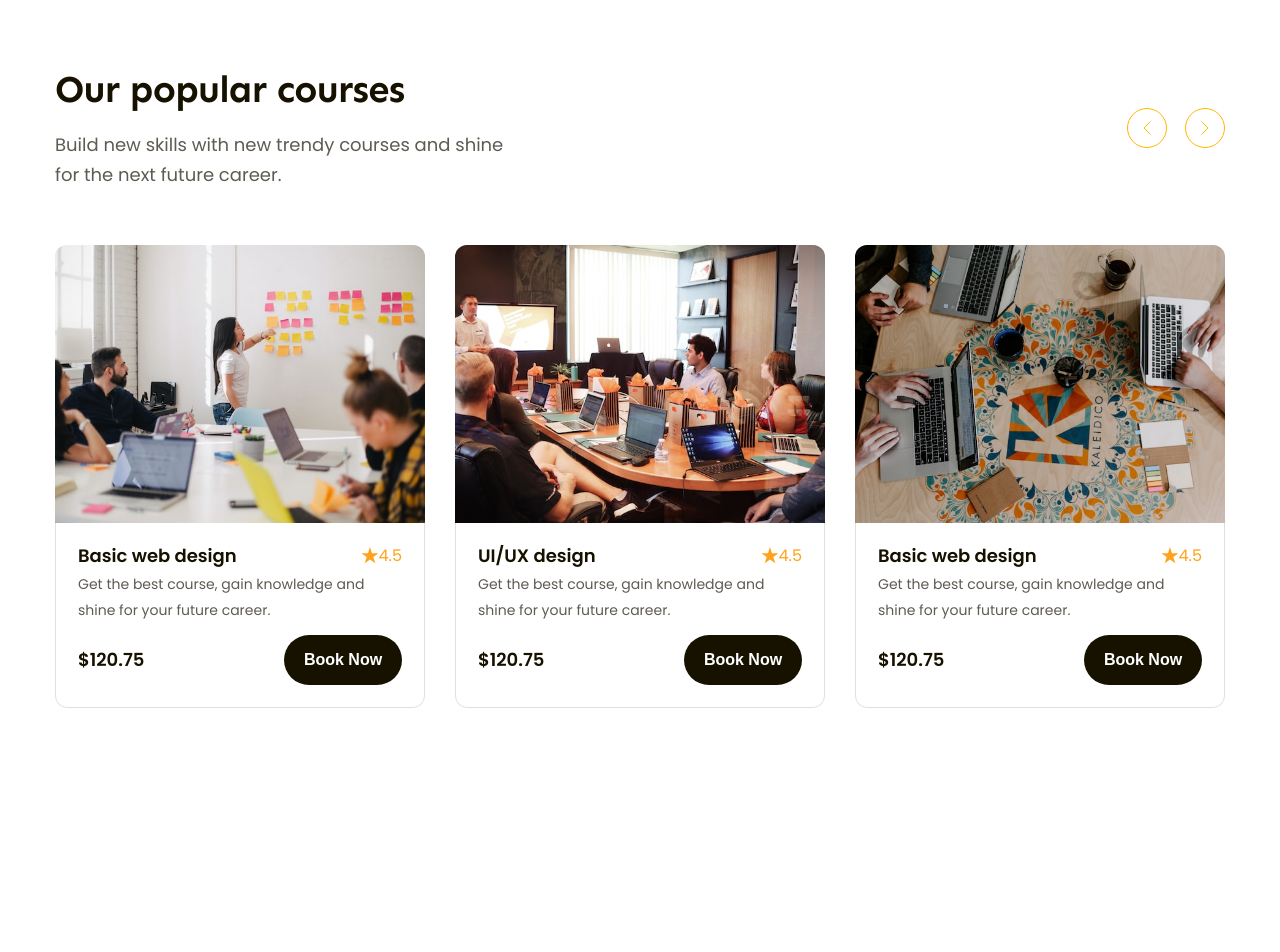
Repository: ynguyen1512/htmlcss-project-02
Page: index.html
An editor plug-in stored every save of this project. The page is shown before and after the next save, followed by the edit.
The browser window is 1280 px wide. The pictures show the part of the page from y = 1034 to 1986 px (the page is 5000 px tall).
A picture or video elsewhere on the page could not be fetched, so the positions and the page height are approximate.

Above is the page before, as saved 2023-02-20 23:06:46.

After the next save:
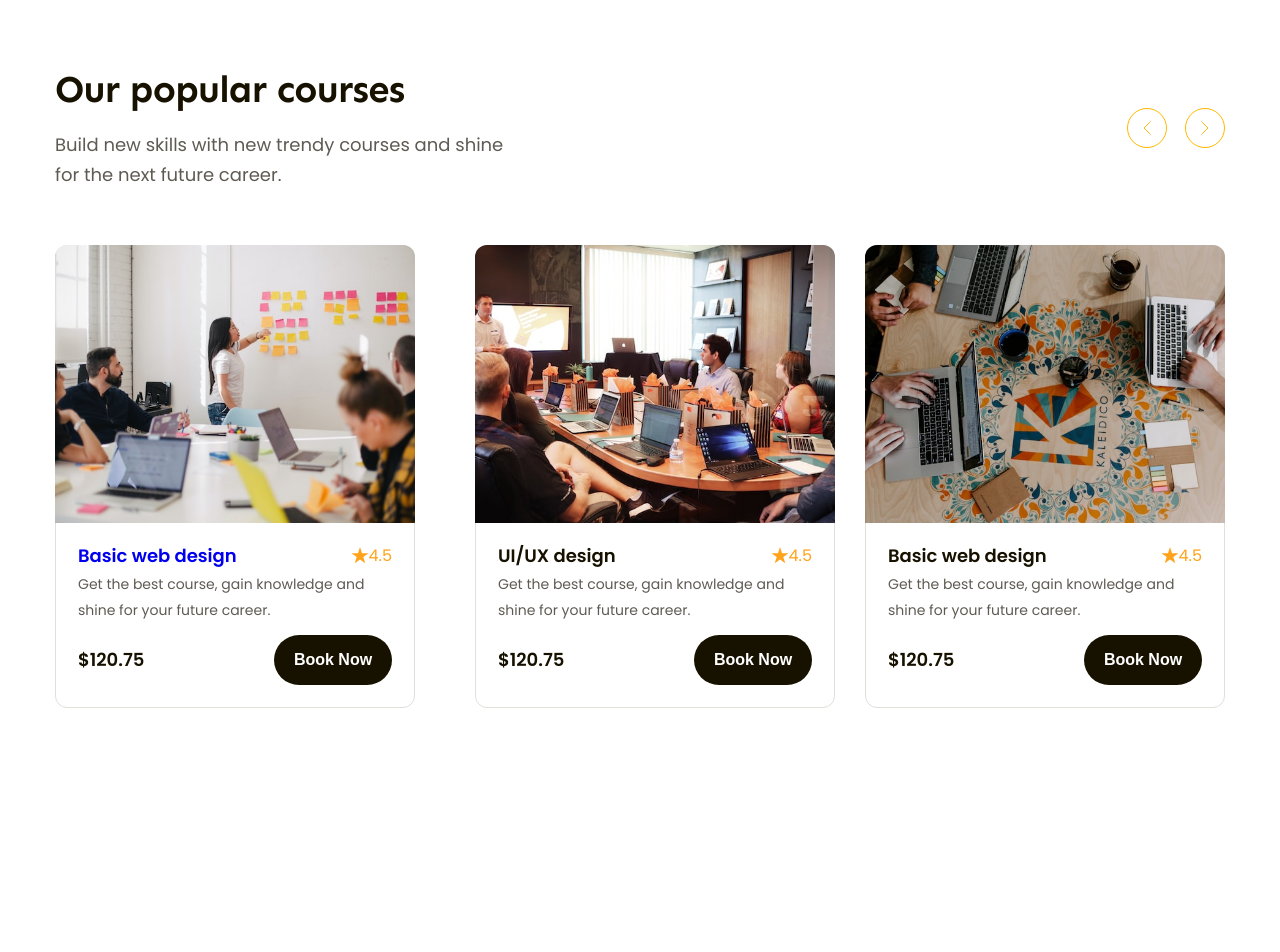
Saved 54 s later.
--- a/index.html
+++ b/index.html
@@ -139,7 +139,7 @@
                         </a>
                         <div class="info">
                             <div class="head">
-                                <h3 class="title">Basic web design</h3>
+                                <h3 class="title"><a href="#!">Basic web design<a ></h3>
                                 <div class="rating">
                                     <img src="./assets/icons/star.svg" alt="Star" class="star">
                                     <span class="value">4.5</span>
